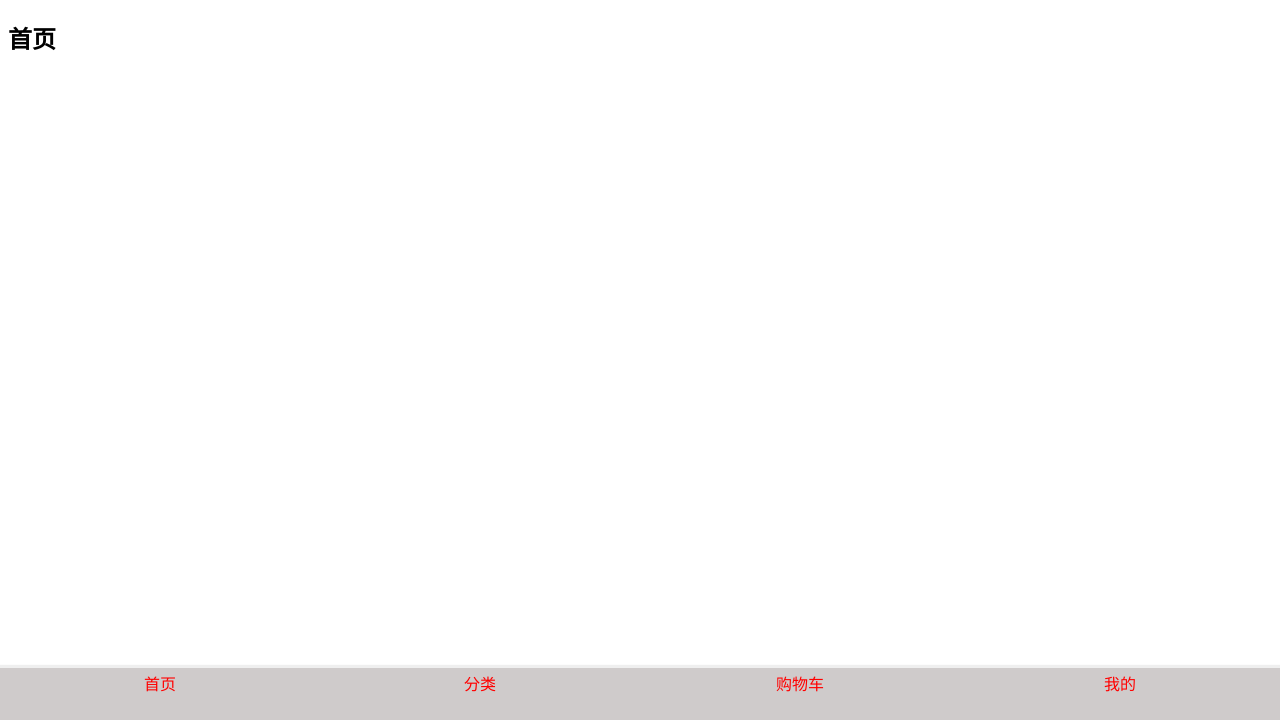
Repository: Shelwinliu/mobile-tabbar-demo
Page: /
These files come from the project's save history. The page is drawn as it stood at one moment and after the next save; the edit follows.
The browser window is 1280 px wide. The pictures show the whole page.
The project was rebuilt for these pictures with package versions that can differ from the ones it lists, and the page was loaded fresh each time.

Above is the page before, as saved 2021-07-18 09:22:01.

After the next save:
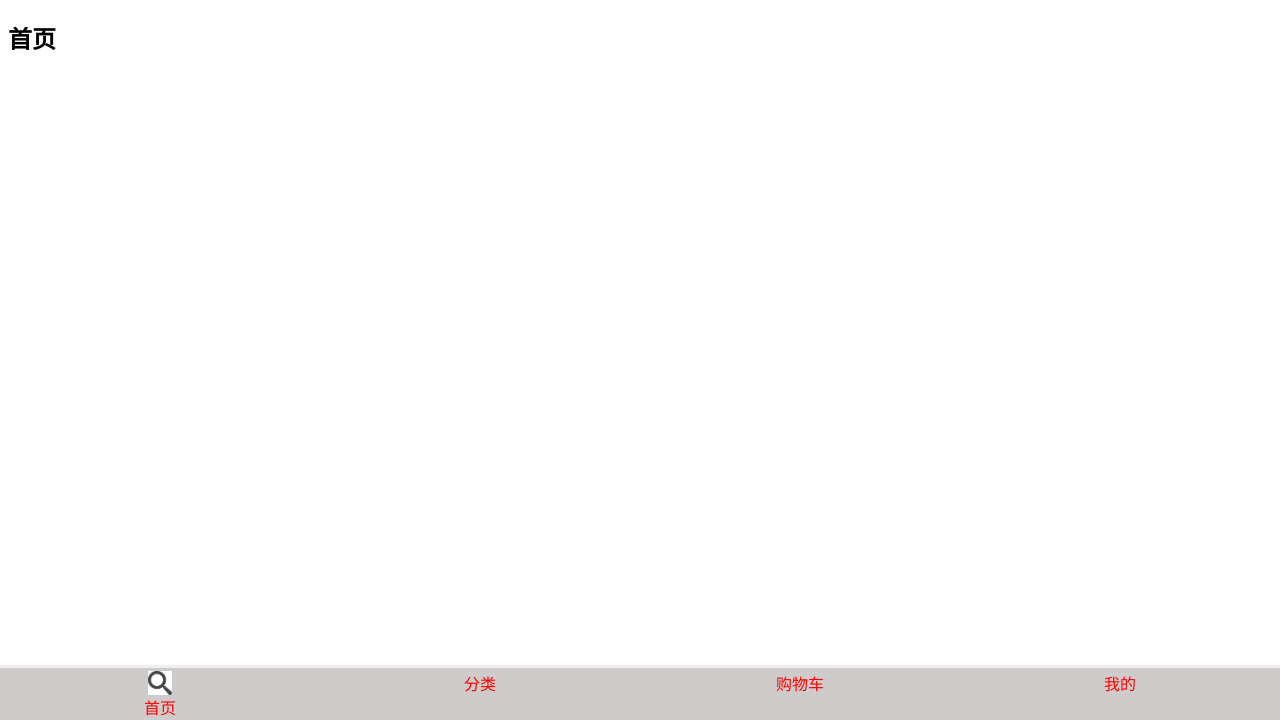
Saved 6 s later.
--- a/src/App.vue
+++ b/src/App.vue
@@ -3,7 +3,7 @@
     <tab-bar>
       <tab-bar-item path='/home'>
         <img slot="item-icon" src="./assets/logo.png" alt="" />
-        <img slot="" src="./assets/search.png" alt="">
+        <img slot="item-icon-active" src="./assets/search.png" alt="">
         <div slot="item-text">首页</div>
       </tab-bar-item>
       <tab-bar-item path='/catergory'>
